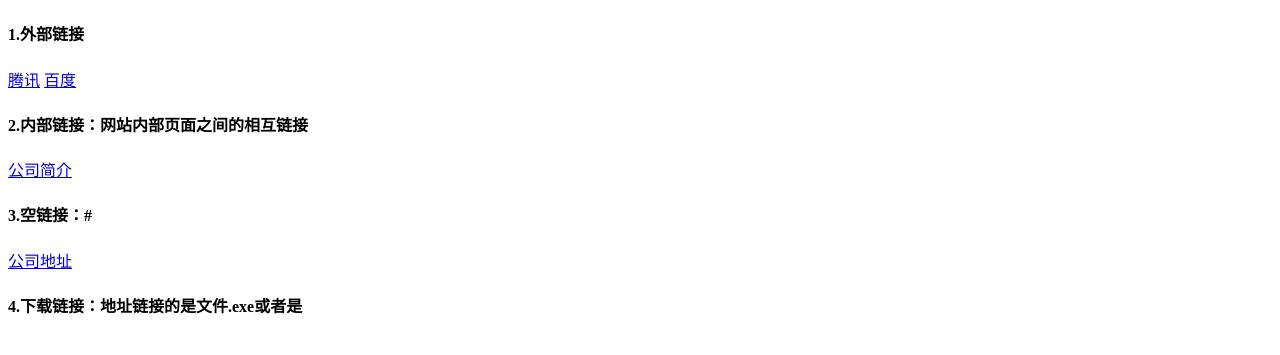
Repository: 129021/Front-end-learning
Page: 14-超链接标签.html
An editor plug-in stored every save of this project. The page is shown before and after a run of saves, followed by the edit.
The browser window is 1280 px wide. The pictures show the whole page.

Above is the page before, as saved 2021-10-15 15:08:26.

### 14-超链接标签.html
<!DOCTYPE html>
<html lang="en">

<head>
    <meta charset="UTF-8">
    <meta http-equiv="X-UA-Compatible" content="IE=edge">
    <meta name="viewport" content="width=device-width, initial-scale=1.0">
    <title>Document</title>
</head>

<body>
    <h4>1.外部链接</h4>
    <a href="http://www.qq.com/" target="_blank">腾讯</a>
    <a href="http://www.baidu.com/" target=" _blank ">百度</a>
    <h4>2.内部链接：网站内部页面之间的相互链接</h4>
    <a href="gongsijianjie.html" target="_blank"> 公司简介</a>
    <h4>3.空链接：#</h4>
    <a href="#">公司地址</a>
    <h4>4.下载链接：地址链接的是文件.exe或者是</h4>
</body>

</html>

After the next 3 saves:
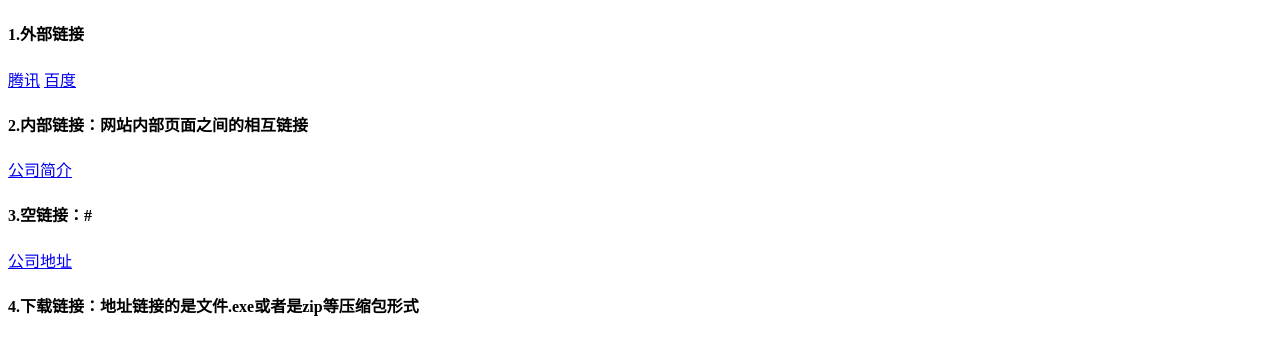
The 3 saves are shown as one change because they came seconds apart.
The last was saved 11 s later.
--- a/14-超链接标签.html
+++ b/14-超链接标签.html
@@ -16,7 +16,7 @@
     <a href="gongsijianjie.html" target="_blank"> 公司简介</a>
     <h4>3.空链接：#</h4>
     <a href="#">公司地址</a>
-    <h4>4.下载链接：地址链接的是文件.exe或者是</h4>
+    <h4>4.下载链接：地址链接的是文件.exe或者是zip等压缩包形式</h4>
 </body>
 
 </html>
